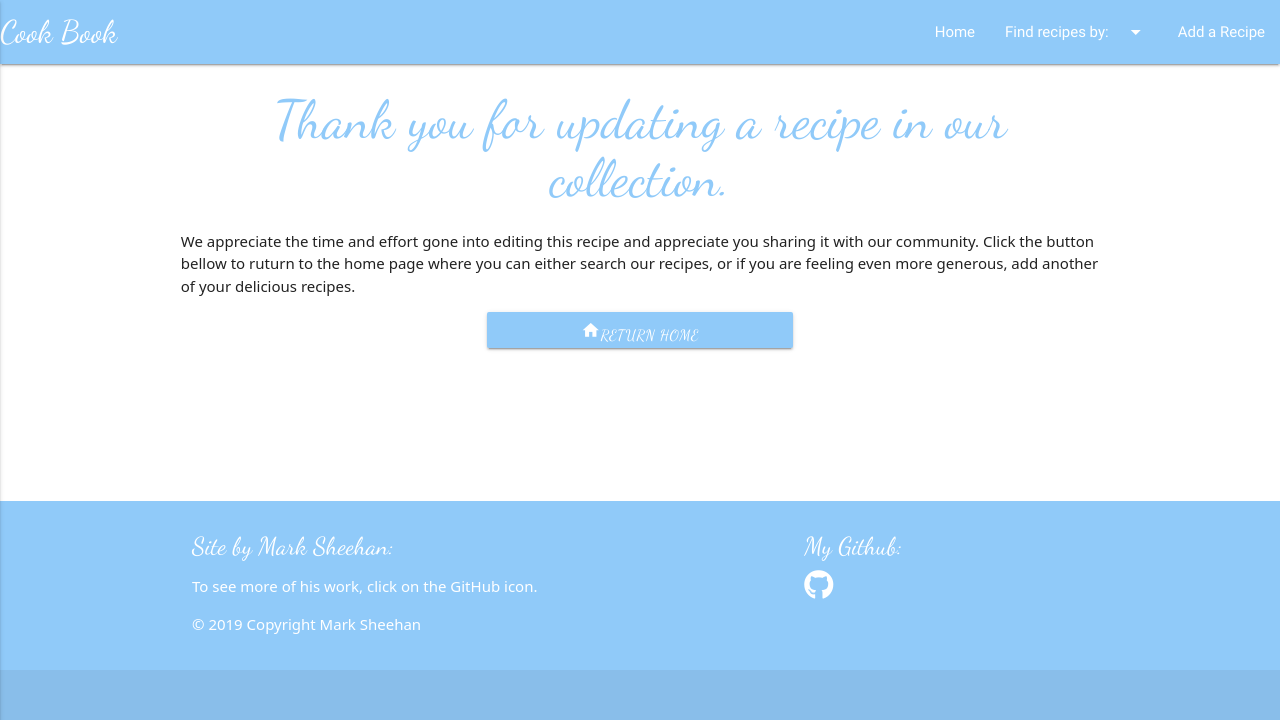
Repository: MarkSheehan72/milestone-project-3
Page: http://localhost/thanks_update
The author's editor kept a record of every edit. The page is drawn from the files as they stood at one moment, then again after the next edit.
The browser window is 1280 px wide. The pictures show the whole page.
Some web libraries are served in a nearby version. The page is served by the project's application, run on Flask 3 (app.py).

Above is the page before.

### templates/thanks_update.html
{% extends 'base.html' %} {% block content%}


<!--Thanks you (update) page:-->
<!--Users are sent to this page after they edit a recipe.-->
<!--This gives users assured feedback that their recipe has been edited.-->

<div class="row">
    <h2 class="center-align title-font center blue-text text-lighten-3">Thank you for updating a recipe in our collection.</h2>
    <p class="center_align standard-font">We appreciate the time and effort gone into editing this recipe and appreciate you sharing it with our community. Click the button
    bellow to ruturn to the home page where you can either search our recipes, or if you are feeling even more generous, add another of your
    delicious recipes.</p>
    <a href="{{url_for('index')}}" class="waves-effect waves-light btn blue lighten-3 title-font hoverable col s12 m4 offset-m4"><i class="material-icons">home</i>Return Home</a>
</div>




{% endblock %}

### templates/base.html
<!DOCTYPE html>
<html lang="en">

<head>
    <meta charset="UTF-8">
    <meta name="viewport" content="width=device-width, initial-scale=1.0">
    <meta http-equiv="X-UA-Compatible" content="ie=edge">
    <title>Cookbook</title>

    <link href="https://fonts.googleapis.com/icon?family=Material+Icons" rel="stylesheet">
    <link rel="stylesheet" href="https://cdnjs.cloudflare.com/ajax/libs/materialize/0.100.2/css/materialize.min.css">
    <link rel="stylesheet" href="https://cdnjs.cloudflare.com/ajax/libs/font-awesome/5.9.0/css/all.min.css"/>
    <link rel="stylesheet" href="/static/css/style.css" type="text/css" />

</head>

<body>

<!--Navbar:-->
<!--Split into the normal and mobile versions.-->
    <header>
        <ul id="dropdown1" class="dropdown-content">
            <li><a href="{{url_for('search_recipe_title')}}">Recipe Title</a></li>
            <li class="divider"></li>
            <li><a href="{{url_for('search_cuisine')}}">Cuisine</a></li>
            <li class="divider"></li>
            <li><a href="{{url_for('search_ingredient')}}">Ingredients</a></li>
            <li class="divider"></li>
            <li><a href="{{url_for('search_username')}}">Your Username</a></li>
        </ul>
        <nav>
            <div class="nav-wrapper blue lighten-3">
                <a href="{{url_for('index')}}" class="brand-logo title-font">Cook Book</a>
                <a href="#" data-activates="mobile-demo" class="button-collapse"><i class="material-icons">menu</i></a>
                <ul id="nav-mobile" class="right hide-on-med-and-down">
                    <li><a href="{{url_for('index')}}">Home</a></li>
                    <li><a class="dropdown-button" href="#!" data-beloworigin="true" data-activates="dropdown1">Find recipes by:<i class="material-icons right">arrow_drop_down</i></a></li>
                    <li><a href="{{url_for('add_recipe')}}">Add a Recipe</a></li>
                </ul>
                <ul class="side-nav" id="mobile-demo">
                    <li><a href="{{url_for('index')}}">Home</a></li>
                    <li><a href="{{url_for('get_recipes')}}">Find a Recipe</a></li>
                    <li><a href="{{url_for('add_recipe')}}">Add a Recipe</a></li>
                </ul>
            </div>
        </nav>
    </header>

<!--Block content:-->
<!--Div for the block content extended from other pages.-->
    <main>
        <div class="container">
            {% block content %} {% endblock %}

        </div>
    </main>

    <footer class="page-footer blue lighten-3">
        <div class="container">
            <div class="row">
                <div class="col l6 s12">
                    <h5 class="white-text title-font">Site by Mark Sheehan:</h5>
                    <p class="standard-font">To see more of his work, click on the GitHub icon.</p>
                    <p class="standard-font">© 2019 Copyright Mark Sheehan</p>
                </div>
                <div class="col l4 offset-l2 s12">
                    <h5 class="white-text title-font">My Github:</h5>
                    <a href="https://github.com/MarkSheehan72"><i class="fab fa-github fa-2x white-text"></i></a>
                </div>
            </div>
        </div>
        <div class="footer-copyright">
            <div class="container">

            </div>
        </div>
    </footer>

<!--Javascript/JQuery content:-->
<!--Linked Javascript content and JQuery functions from Materialize.-->
    <script src="https://cdnjs.cloudflare.com/ajax/libs/jquery/3.2.1/jquery.min.js"></script>
    <script src="https://cdnjs.cloudflare.com/ajax/libs/materialize/0.100.2/js/materialize.min.js"></script>
    <script type="text/javascript">
        $(document).ready(function() {
            $('.collapsible').collapsible();
            $(".button-collapse").sideNav();
            $(".dropdown-button").dropdown({ hover: true });
            $('.modal').modal();
            $('.parallax').parallax();
            $('.carousel').carousel();
        });
    </script>

</body>

</html>

### app.py
import os
from flask import Flask, render_template, redirect, request, url_for
from flask_pymongo import PyMongo
from bson.objectid import ObjectId
from itertools import islice
from flask_sslify import SSLify

app = Flask(__name__)
sslify = SSLify(app)

app.config["MONGO_DBNAME"] = 'cook_book'
app.config["MONGO_URI"] = 'mongodb+srv://root:r00tUser@myfirstcluster-chhcw.mongodb.net/cook_book?retryWrites=true&w=majority'

mongo = PyMongo(app)



#////////////////////////////////////////////////# Home Page
@app.route('/')
@app.route('/index')
def index():
    recipes=mongo.db.recipes.find().sort("views", -1)
    return render_template("index.html", recipes=recipes)


#////////////////////////////////////////////////# Add recipe page
@app.route('/add_recipe')
def add_recipe():
    return render_template("addrecipe.html")


#////////////////////////////////////////////////# Function for inserting a recipe as a document in MongoDB. Once a user has added a recipe,
#////////////////////////////////////////////////# they will be redirecte to thanks.html, which is just a confirmation for the viewer that they
#////////////////////////////////////////////////# have successfully added a recipe to the app.
@app.route('/insert_recipe', methods=['POST'])
def insert_recipe():
    recipes = mongo.db.recipes
    recipes.insert(
    {
        'recipe_title': request.form.get('recipe_title').lower(),
        'recipe_description': request.form.get('recipe_description').lower(),
        'recipe_cuisine': request.form.get('recipe_cuisine').lower(),
        'user':
            {'name': request.form.get('user_name').lower(),
            'country': request.form.get('user_country').lower()},
        'ingredients':
            [
                {
                        'name': request.form.get('ingredient_name_1').lower(),
                        'amount': request.form.get('ingredient_amount_1').lower(),
                        'allergen': request.form.get('ingredient_allergen_1').lower()
                },
                {
                        'name': request.form.get('ingredient_name_2').lower(),
                        'amount': request.form.get('ingredient_amount_2').lower(),
                        'allergen': request.form.get('ingredient_allergen_2').lower()
                },
                {
                        'name': request.form.get('ingredient_name_3').lower(),
                        'amount': request.form.get('ingredient_amount_3').lower(),
                        'allergen': request.form.get('ingredient_allergen_3').lower()
                },
                {
                        'name': request.form.get('ingredient_name_4').lower(),
                        'amount': request.form.get('ingredient_amount_4').lower(),
                        'allergen': request.form.get('ingredient_allergen_4').lower()
                },
                {
                        'name': request.form.get('ingredient_name_5').lower(),
                        'amount': request.form.get('ingredient_amount_5').lower(),
                        'allergen': request.form.get('ingredient_allergen_5').lower()
                },
                {
                        'name': request.form.get('ingredient_name_6').lower(),
                        'amount': request.form.get('ingredient_amount_6').lower(),
                        'allergen': request.form.get('ingredient_allergen_6').lower()
                },
                {
                        'name': request.form.get('ingredient_name_7').lower(),
                        'amount': request.form.get('ingredient_amount_7').lower(),
                        'allergen': request.form.get('ingredient_allergen_7').lower()
                },
                {
                        'name': request.form.get('ingredient_name_8').lower(),
                        'amount': request.form.get('ingredient_amount_8').lower(),
                        'allergen': request.form.get('ingredient_allergen_8').lower()
                },
                {
                        'name': request.form.get('ingredient_name_9').lower(),
                        'amount': request.form.get('ingredient_amount_9').lower(),
                        'allergen': request.form.get('ingredient_allergen_9').lower()
                },
                {
                        'name': request.form.get('ingredient_name_10').lower(),
                        'amount': request.form.get('ingredient_amount_10').lower(),
                        'allergen': request.form.get('ingredient_allergen_10').lower()
                }
            ],
        'method': request.form.getlist('recipe_method'),
        'image': request.form.get('image')
    })
    return redirect(url_for('thanks'))


#////////////////////////////////////////////////Thank you page - users are sent to this page after they submit a recipe.
#////////////////////////////////////////////////This gives users assured feedback that their recipe has been added.
@app.route('/thanks')
def thanks():
    return render_template("thanks.html")


#////////////////////////////////////////////////Page linked from pressing the "Find Recipe" button on index.html.
#////////////////////////////////////////////////Also linked from the "Find Recipes" option in the mobile side nav.
@app.route('/get_recipes')
def get_recipes():
    recipes=mongo.db.recipes.find()
    categories=mongo.db.categories.find()
    return render_template("recipes.html", recipes=recipes, categories=categories)


#////////////////////////////////////////////////Search Views:
#////////////////////////////////////////////////The following views provide users with a search page for their desired search category,
#////////////////////////////////////////////////and the search results from those pages.

@app.route('/search_username')
def search_username():
    recipes=mongo.db.recipes.find()
    return render_template("search_username.html", recipes=recipes)


@app.route('/search_recipes_by_username', methods=['POST'])
def search_recipes_by_username():
    recipes=mongo.db.recipes.find()
    search = request.form.get('search_recipes_by_username').lower()
    username_search = mongo.db.recipes.find({"user.name": {"$regex":search}}).sort("views", -1)
    count = username_search.count()
    return render_template("search_recipes_by_username.html", recipes=recipes, username_search=username_search, count=count)


@app.route('/search_cuisine')
def search_cuisine():
    recipes=mongo.db.recipes.find()
    return render_template("search_cuisine.html", recipes=recipes)


@app.route('/search_recipes_by_cuisine', methods=['POST'])
def search_recipes_by_cuisine():
    recipes=mongo.db.recipes.find()
    search = request.form.get('search_recipes_by_cuisine').lower()
    cuisine_search = mongo.db.recipes.find({"recipe_cuisine": {"$regex":search}}).sort("views", -1)
    count = cuisine_search.count()
    return render_template("search_recipes_by_cuisine.html", recipes=recipes, cuisine_search=cuisine_search, count=count)


@app.route('/search_ingredient')
def search_ingredient():
    recipes=mongo.db.recipes.find()
    return render_template("search_ingredient.html", recipes=recipes)


@app.route('/search_recipes_by_ingredient', methods=['POST'])
def search_recipes_by_ingredient():
    recipes=mongo.db.recipes.find()
    search = request.form.get('search_recipes_by_ingredient').lower()
    ingredient_search = mongo.db.recipes.find({"ingredients.name": {"$regex":search}}).sort("views", -1)
    count = ingredient_search.count()
    return render_template("search_recipes_by_ingredient.html", recipes=recipes, ingredient_search=ingredient_search, count=count)


@app.route('/search_recipe_title')
def search_recipe_title():
    recipes=mongo.db.recipes.find()
    return render_template("search_recipe_title.html", recipes=recipes)


@app.route('/search_recipes_by_recipe_title', methods=['POST'])
def search_recipes_by_recipe_title():
    recipes=mongo.db.recipes.find()
    search = request.form.get('search_recipes_by_recipe_title').lower()
    recipe_title_search = mongo.db.recipes.find({"recipe_title": {"$regex":search}}).sort("views", -1)
    count = recipe_title_search.count()
    return render_template("search_recipes_by_recipe_title.html", recipes=recipes, recipe_title_search=recipe_title_search, count=count)


#////////////////////////////////////////////////The recipe view:
#////////////////////////////////////////////////The page for the particular recipe picked by the user.
@app.route('/the_recipe/<recipe_id>')
def the_recipe(recipe_id):
    the_recipe = mongo.db.recipes.find({'_id': ObjectId(recipe_id)})
    mongo.db.recipes.update({'_id': ObjectId(recipe_id)}, { '$inc': { 'views': 1 } })
    return render_template("the_recipe.html", recipe=the_recipe)


#////////////////////////////////////////////////Edit recipe view:
#////////////////////////////////////////////////Where users can edit the details of a selected recipe.
@app.route('/edit_recipe/<recipe_id>')
def edit_recipe(recipe_id):
    the_recipe = mongo.db.recipes.find_one({'_id': ObjectId(recipe_id)})
    return render_template('edit_recipe.html', recipe=the_recipe)

@app.route('/update_recipe/<recipe_id>', methods=['POST'])
def update_recipe(recipe_id):
    recipes = mongo.db.recipes

    #Get an array of each ingredient element:
    ingredients_name = request.form.getlist('ingredient_name')
    ingredients_amount = request.form.getlist('ingredient_amount')
    ingredients_allergen = request.form.getlist('ingredient_allergen')

    #Loops through each array and creates an object containing each ingredient's name, amount and allergen info.
    #Then appends this collection of objects to an array (ingredients_array):
    ingredients_array = []
    for name, amount, allergen in islice(zip(ingredients_name, ingredients_amount, ingredients_allergen), 0, None):
        temporary_object = {}
        temporary_object.update({'name': name.lower()})
        temporary_object.update({'amount': amount.lower()})
        temporary_object.update({'allergen': allergen.lower()})
        ingredients_array.append(temporary_object)

    #Updates the recipe fields:
    recipes.update( {'_id': ObjectId(recipe_id)},
    {
        'recipe_title': request.form.get('recipe_title').lower(),
        'recipe_description': request.form.get('recipe_description').lower(),
        'recipe_cuisine': request.form.get('recipe_cuisine').lower(),
        'user':
            {'name': request.form.get('user_name').lower(),
            'country': request.form.get('user_country').lower()},
        'ingredients': ingredients_array,
        'method': request.form.getlist('recipe_method'),
        'image': request.form.get('image')
    })
    return redirect(url_for('thanks_update'))


#////////////////////////////////////////////////Thank you (update) page - users are sent to this page after they edit a recipe.
#////////////////////////////////////////////////This gives users assured feedback that their recipe has been edited.
@app.route('/thanks_update')
def thanks_update():
    return render_template("thanks_update.html")


#////////////////////////////////////////////////Delete recipe view:
#////////////////////////////////////////////////Where users can delete a selected recipe.
@app.route('/delete_recipe/<recipe_id>')
def delete_recipe(recipe_id):
    recipes = mongo.db.recipes
    recipes.remove({'_id': ObjectId(recipe_id)})
    return redirect(url_for('index'))


if __name__ == '__main__':
    app.run(host=os.environ.get('IP'),
    port=int(os.environ.get('PORT')),
    debug=True)

### static/css/style.css
/*Google Fonts Import*/
@import url('https://fonts.googleapis.com/css?family=Noto+Sans|Dancing+Script&display=swap');

/*Element styling*/
body {
    display: flex;
    min-height: 100vh;
    flex-direction: column;
}

main {
    flex: 1 0 auto;
}

a {
    text-decoration: none;
}


/*Fonts*/

.title-font {
    font-family: 'Dancing Script', cursive;
}

.standard-font {
    font-family: 'Noto Sans', sans-serif;
}


/*Height for Parallax Container*/
.parallax-container {
    height: 400px;
    margin-top: 10px;
    }

/*Height for Carousel*/
.carousel {
    height: 360px;
}

After the next edit:
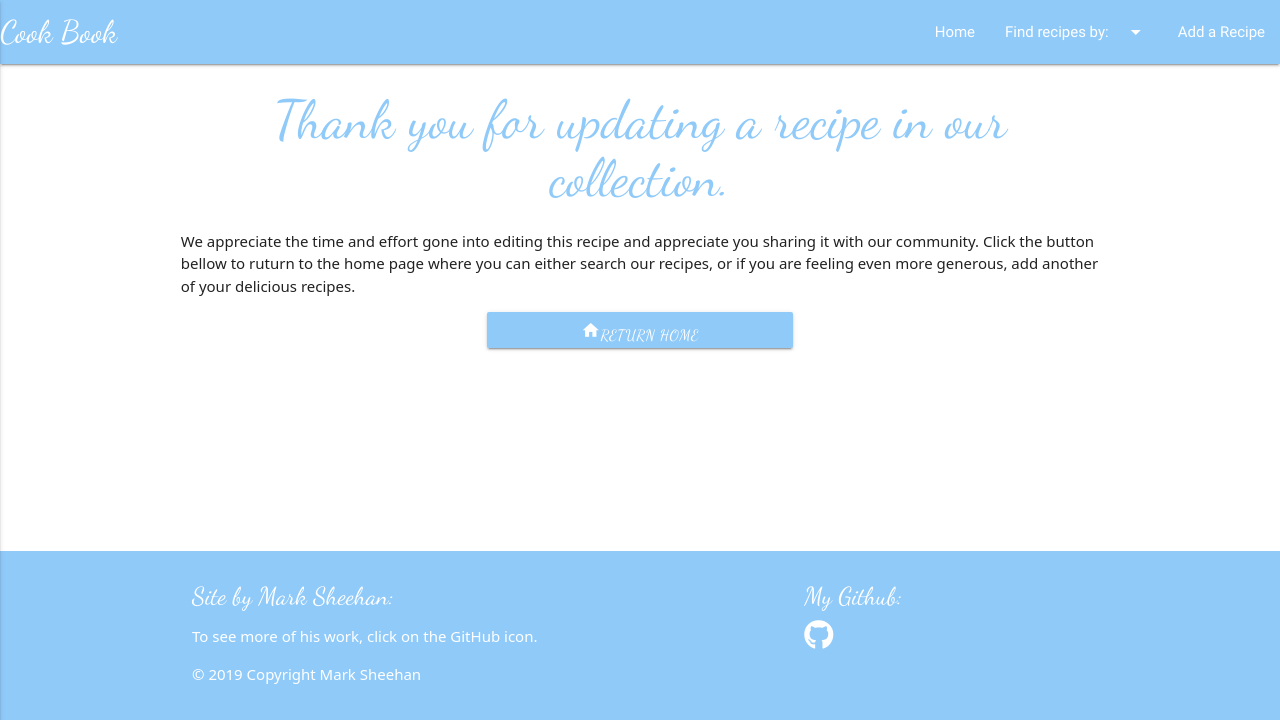
The edit:
--- a/templates/base.html
+++ b/templates/base.html
@@ -69,11 +69,6 @@
                 </div>
             </div>
         </div>
-        <div class="footer-copyright">
-            <div class="container">
-
-            </div>
-        </div>
     </footer>
 
 <!--Javascript/JQuery content:-->
